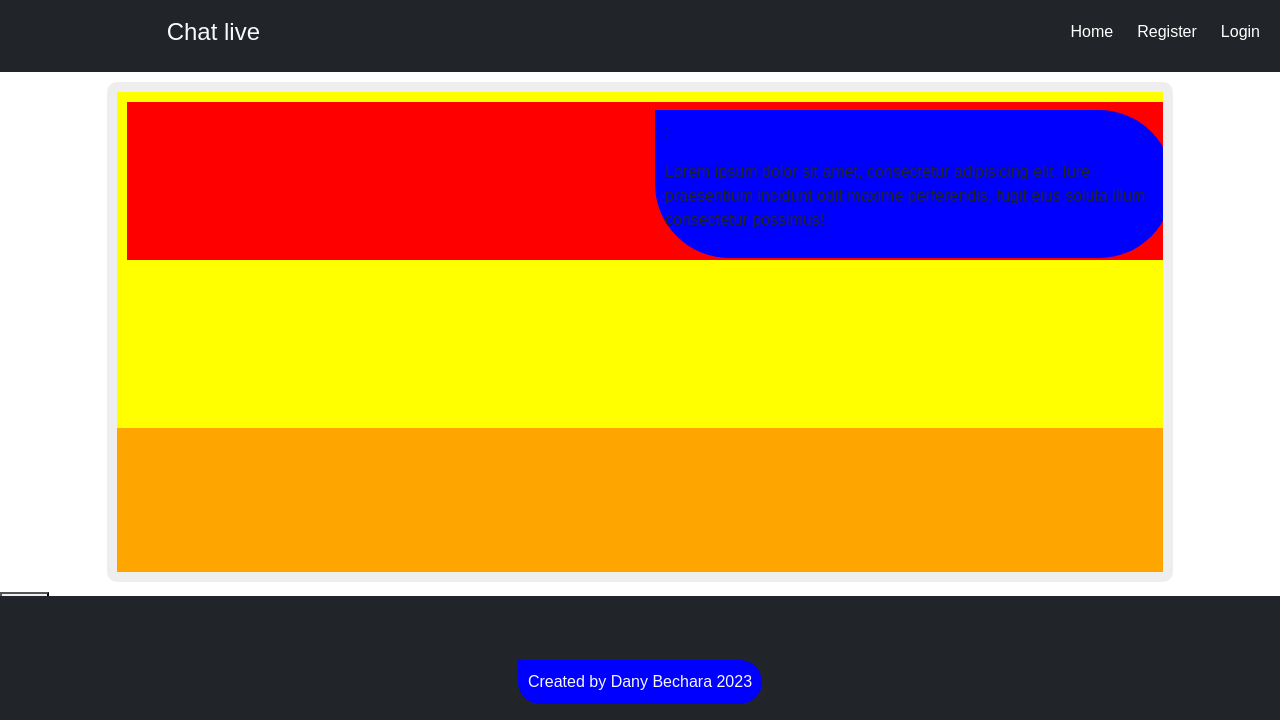
Repository: bechara611/chatv2
Page: /chat
The author's editor kept a copy of each file at every save. The page is drawn from the files as they stood at one save, then again after the next save.
The browser window is 1280 px wide. The pictures show the whole page.
The page's requests for data from a server got no answer. The project was rebuilt for these pictures with package versions that can differ from the ones it lists, and the page was loaded fresh each time. Some packages were replaced by stand-ins written for this rebuild. No one was signed in, and anything a server would have sent is missing. Also part of the build but not shown: src/hooks/useForm.jsx, src/api/Instance.jsx, src/auth/hooks/useAuth.jsx, src/auth/components/login.jsx, src/auth/components/register.jsx, src/ui/components/Home.jsx, src/App.css.

Above is the page before, as saved 2023-03-15 17:01:56.

After the next save:
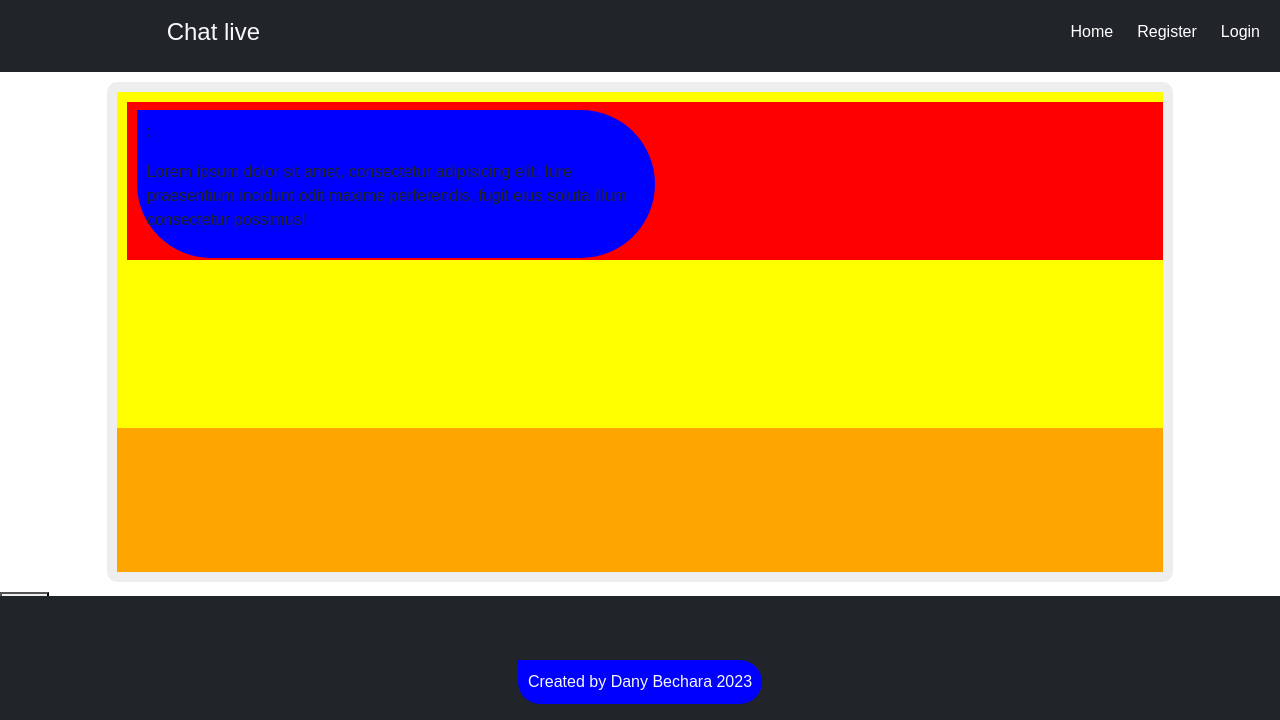
Saved 8 s later.
--- a/src/chat/components/Mensaje.css
+++ b/src/chat/components/Mensaje.css
@@ -2,7 +2,6 @@
     display: flex;
     background: red;
     flex-direction: row;
-    justify-content: end;
     padding-left: 10px;
     padding-top: 8px;
     padding-bottom: 2px;
